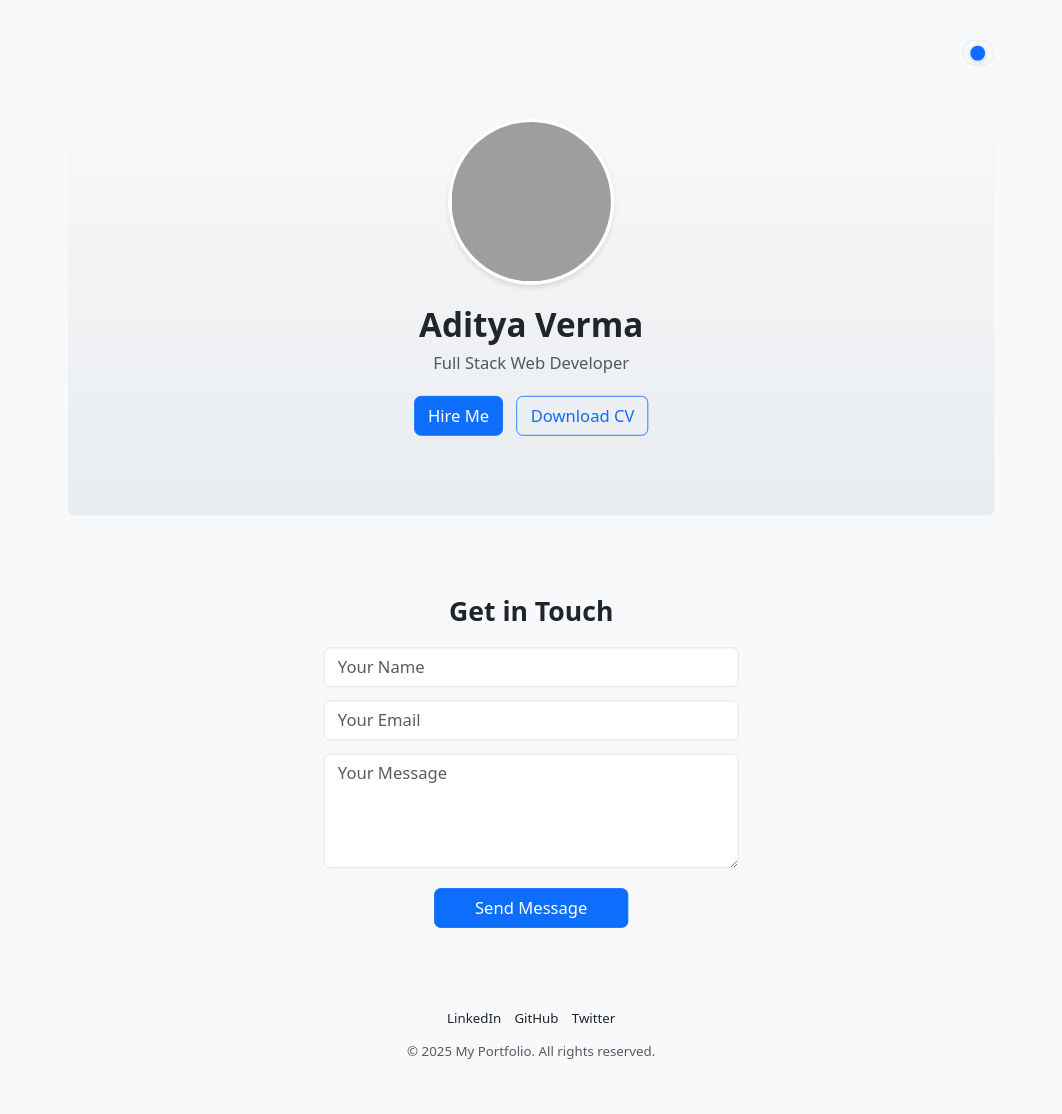
Repository: AdityaTech-Pro/FullStackWithBridgelabz
Page: Assignment10/Personal Portfolio Basics using Bootstrap Utilities/index.html
An editor plug-in stored every save of this project. The page is shown before and after the next save, followed by the edit.
The browser window is 1280 px wide. The pictures show the whole page, at 83% of full size.
Pictures or frames that could not be fetched are drawn as grey boxes.

Above is the page before, as saved 2025-11-10 11:12:23.

### Assignment10/Personal Portfolio Basics using Bootstrap Utilities/index.html
<!DOCTYPE html>
<html lang="en">

<head>
    <meta charset="UTF-8">
    <meta name="viewport" content="width=device-width, initial-scale=1.0">
    <title>My Portfolio - Bootstrap Utilities</title>
    <!-- Bootstrap CSS -->
    <link href="https://cdn.jsdelivr.net/npm/bootstrap@5.3.2/dist/css/bootstrap.min.css" rel="stylesheet">
    <!-- Google Font: Poppins -->
    <link href="https://fonts.googleapis.com/css2?family=Poppins:wght@300;400;600;700&display=swap" rel="stylesheet">
    <style>
        /* Custom styles to complement Bootstrap */

         :root {
            --bg: #f8f9fa;
            --card-bg: #ffffff;
            --muted: #6c757d;
            --accent: #0d6efd;
            --text: #212529;
        }

        body {
            background-color: var(--bg);
            color: var(--text);
            transition: background-color 0.3s ease, color 0.3s ease;
        }

        .profile-section {
            background: linear-gradient(to bottom, #f8f9fa, #e9ecef);
            transition: transform 0.3s ease, background 0.3s ease;
        }
        /* Top bar with theme toggle */

        .topbar {
            display: flex;
            justify-content: flex-end;
            align-items: center;
            gap: 1rem;
            margin-bottom: 1rem;
        }

        .theme-toggle {
            display: inline-flex;
            align-items: center;
            gap: 0.5rem;
            background: transparent;
            border: 1px solid rgba(0, 0, 0, 0.08);
            padding: 0.35rem 0.6rem;
            border-radius: 999px;
            cursor: pointer;
            color: var(--text);
            transition: background 0.2s, color 0.2s, transform 0.15s;
        }

        .theme-toggle:active {
            transform: translateY(1px);
        }

        .theme-toggle .dot {
            width: 18px;
            height: 18px;
            border-radius: 50%;
            background: var(--accent);
            box-shadow: 0 2px 6px rgba(13, 110, 253, 0.25);
        }

        .btn-custom {
            transition: transform 0.3s ease;
        }

        .btn-custom:hover {
            transform: translateY(-2px);
        }

        .form-control:focus {
            box-shadow: 0 0 0 0.25rem rgba(13, 110, 253, 0.2);
        }

        .profile-img {
            width: 200px;
            height: 200px;
            object-fit: cover;
            border: 4px solid white;
            box-shadow: 0 4px 6px rgba(0, 0, 0, 0.1);
            transition: transform 0.25s ease;
        }

        .profile-img:hover {
            transform: scale(1.03);
        }
        /* Dark theme overrides */

        body.dark-theme {
            --bg: #0f1724;
            --card-bg: #111827;
            --muted: #9ca3af;
            --accent: #60a5fa;
            --text: #e6eef8;
        }

        .dark-theme .profile-section {
            background: linear-gradient(180deg, rgba(255, 255, 255, 0.02), rgba(255, 255, 255, 0.01));
        }

        .dark-theme .bg-light {
            background-color: #0b1220 !important;
            color: var(--text) !important;
            border: 1px solid rgba(255, 255, 255, 0.04);
        }

        .dark-theme .text-muted {
            color: var(--muted) !important;
        }
        /* Small polish */

        .max-width-500 {
            max-width: 500px;
        }

        footer a {
            color: inherit;
        }

        @media (max-width: 768px) {
            .profile-img {
                width: 150px;
                height: 150px;
            }
            .topbar {
                justify-content: center;
            }
        }
    </style>
</head>

<body>
    <!-- Main Container -->
    <div class="container py-5">
        <!-- Top bar: theme toggle and quick actions -->
        <div class="topbar">
            <button id="themeToggle" class="theme-toggle" aria-pressed="false" aria-label="Toggle dark mode">
                <span class="dot" aria-hidden="true"></span>
                <span class="visually-hidden">Toggle theme</span>
            </button>
        </div>
        <!-- Profile Section -->
        <section class="profile-section p-5 rounded-3 text-center mb-5">
            <img src="https://avatars.githubusercontent.com/u/219658559?s=400&u=7e5a78b2bf82817b3f897e4e53b1019b24af58ee&v=4" alt="Profile Picture" class="profile-img img-fluid rounded-circle mb-4">

            <h1 class="fw-bold mb-2">Aditya Verma</h1>
            <p class="text-muted fs-5 mb-4">Full Stack Web Developer</p>

            <!-- Action Buttons -->
            <div class="d-flex justify-content-center gap-3 mb-5">
                <button class="btn btn-primary btn-lg btn-custom">
                    Hire Me
                </button>
                <button class="btn btn-outline-primary btn-lg btn-custom">
                    Download CV
                </button>
            </div>
        </section>

        <!-- Contact Form Section -->
        <section class="bg-light p-5 rounded-3">
            <h2 class="text-center fw-bold mb-4">Get in Touch</h2>

            <form class="max-width-500 mx-auto">
                <div class="mb-3">
                    <input type="text" class="form-control form-control-lg" placeholder="Your Name" required>
                </div>

                <div class="mb-3">
                    <input type="email" class="form-control form-control-lg" placeholder="Your Email" required>
                </div>

                <div class="mb-4">
                    <textarea class="form-control form-control-lg" rows="4" placeholder="Your Message" required></textarea>
                </div>

                <div class="text-center">
                    <button type="submit" class="btn btn-primary btn-lg px-5 btn-custom">
                        Send Message
                    </button>
                </div>
            </form>
        </section>

        <!-- Footer -->
        <footer class="text-center mt-5">
            <div class="d-flex justify-content-center gap-3">
                <a href="https://www.linkedin.com/in/aditya-verma-2a3915289/" class="text-decoration-none text-dark">LinkedIn</a>
                <a href="https://github.com/AdityaTech-Pro" class="text-decoration-none text-dark">GitHub</a>
                <a href="#" class="text-decoration-none text-dark">Twitter</a>
            </div>
            <p class="text-muted mt-3">&copy; 2025 My Portfolio. All rights reserved.</p>
        </footer>
    </div>

    <!-- Theme toggle script -->
    <script>
        (function() {
            const toggle = document.getElementById('themeToggle');
            const body = document.body;
            const saved = localStorage.getItem('theme');

            function applyTheme(theme) {
                if (theme === 'dark') {
                    body.classList.add('dark-theme');
                    toggle.setAttribute('aria-pressed', 'true');
                } else {
                    body.classList.remove('dark-theme');
                    toggle.setAttribute('aria-pressed', 'false');
                }
            }

            // initial theme: saved -> user preference -> light
            if (saved) {
                applyTheme(saved);
            } else if (window.matchMedia && window.matchMedia('(prefers-color-scheme: dark)').matches) {
                applyTheme('dark');
            }

            toggle.addEventListener('click', function() {
                const isDark = body.classList.toggle('dark-theme');
                localStorage.setItem('theme', isDark ? 'dark' : 'light');
                toggle.setAttribute('aria-pressed', String(isDark));
            });
        })();
    </script>

    <!-- Bootstrap JS -->
    <script src="https://cdn.jsdelivr.net/npm/bootstrap@5.3.2/dist/js/bootstrap.bundle.min.js"></script>
</body>

</html>

### Assignment10/Personal Portfolio Basics using Bootstrap Utilities/styles.css
/* Custom styles to enhance Bootstrap */

/* Body and general styles */
body {
    font-family: 'Poppins', 'Segoe UI', system-ui, -apple-system, sans-serif;
    background-color: #f8f9fa;
}

/* Container max-width for larger screens */
.container {
    max-width: 1140px;
}

/* Profile section styling */
.profile-section {
    background: linear-gradient(135deg, #f8f9fa 0%, #e9ecef 100%);
    border: 1px solid rgba(0, 0, 0, 0.1);
    transition: transform 0.3s ease;
}

.profile-section:hover {
    transform: translateY(-5px);
}

/* Profile image styling */
.profile-img {
    width: 200px;
    height: 200px;
    object-fit: cover;
    border: 4px solid white;
    box-shadow: 0 4px 15px rgba(0, 0, 0, 0.1);
    transition: transform 0.3s ease;
}

.profile-img:hover {
    transform: scale(1.05);
}

/* Button enhancements */
.btn-custom {
    transition: all 0.3s ease;
    position: relative;
    overflow: hidden;
}

.btn-custom:hover {
    transform: translateY(-2px);
    box-shadow: 0 5px 15px rgba(0, 0, 0, 0.1);
}

.btn-custom:active {
    transform: translateY(0);
}

/* Form styling */
.form-control {
    border: 2px solid #dee2e6;
    transition: all 0.3s ease;
}

.form-control:focus {
    border-color: #0d6efd;
    box-shadow: 0 0 0 0.25rem rgba(13, 110, 253, 0.2);
}

.form-control::placeholder {
    color: #adb5bd;
}

/* Social links styling */
.social-links a {
    transition: color 0.3s ease, transform 0.15s ease;
    color: #0d6efd;
    font-weight: 700;
}

.social-links a:hover {
    color: #0b5ed7 !important;
    transform: translateY(-1px);
}

/* Custom animations */
@keyframes fadeInUp {
    from {
        opacity: 0;
        transform: translateY(20px);
    }
    to {
        opacity: 1;
        transform: translateY(0);
    }
}

.profile-section, .contact-form {
    animation: fadeInUp 0.5s ease-out forwards;
}

/* Form success state */
.form-control:valid {
    border-color: #198754;
}

/* Custom section styling */
.custom-section {
    border-radius: 15px;
    overflow: hidden;
}

/* Typography enhancements */
h1 {
    letter-spacing: -0.5px;
}

.tagline {
    font-size: 1.25rem;
    color: #6c757d;
}

/* Responsive adjustments */
@media (max-width: 768px) {
    .profile-img {
        width: 150px;
        height: 150px;
    }

    .btn-custom {
        width: 100%;
        margin-bottom: 0.5rem;
    }

    .profile-section {
        padding: 2rem !important;
    }
}

/* Dark mode support */
@media (prefers-color-scheme: dark) {
    body {
        background-color: #212529;
        color: #f8f9fa;
    }

    .profile-section {
        background: linear-gradient(135deg, #343a40 0%, #212529 100%);
    }

    .form-control {
        background-color: #343a40;
        border-color: #495057;
        color: #f8f9fa;
    }

    .form-control::placeholder {
        color: #6c757d;
    }

    .bg-light {
        background-color: #343a40 !important;
    }

    .text-dark {
        color: #f8f9fa !important;
    }
}

/* When user toggles dark-theme via JS */
.dark-theme .social-links a {
    color: #93c5fd;
}

.dark-theme .social-links a:hover {
    color: #60a5fa !important;
}

/* Loading animation */
.page-loading {
    opacity: 0;
    animation: fadeIn 0.5s ease-out forwards;
}

@keyframes fadeIn {
    to {
        opacity: 1;
    }
}

/* Custom scrollbar */
::-webkit-scrollbar {
    width: 10px;
}

::-webkit-scrollbar-track {
    background: #f1f1f1;
}

::-webkit-scrollbar-thumb {
    background: #888;
    border-radius: 5px;
}

::-webkit-scrollbar-thumb:hover {
    background: #555;
}

After the next save:
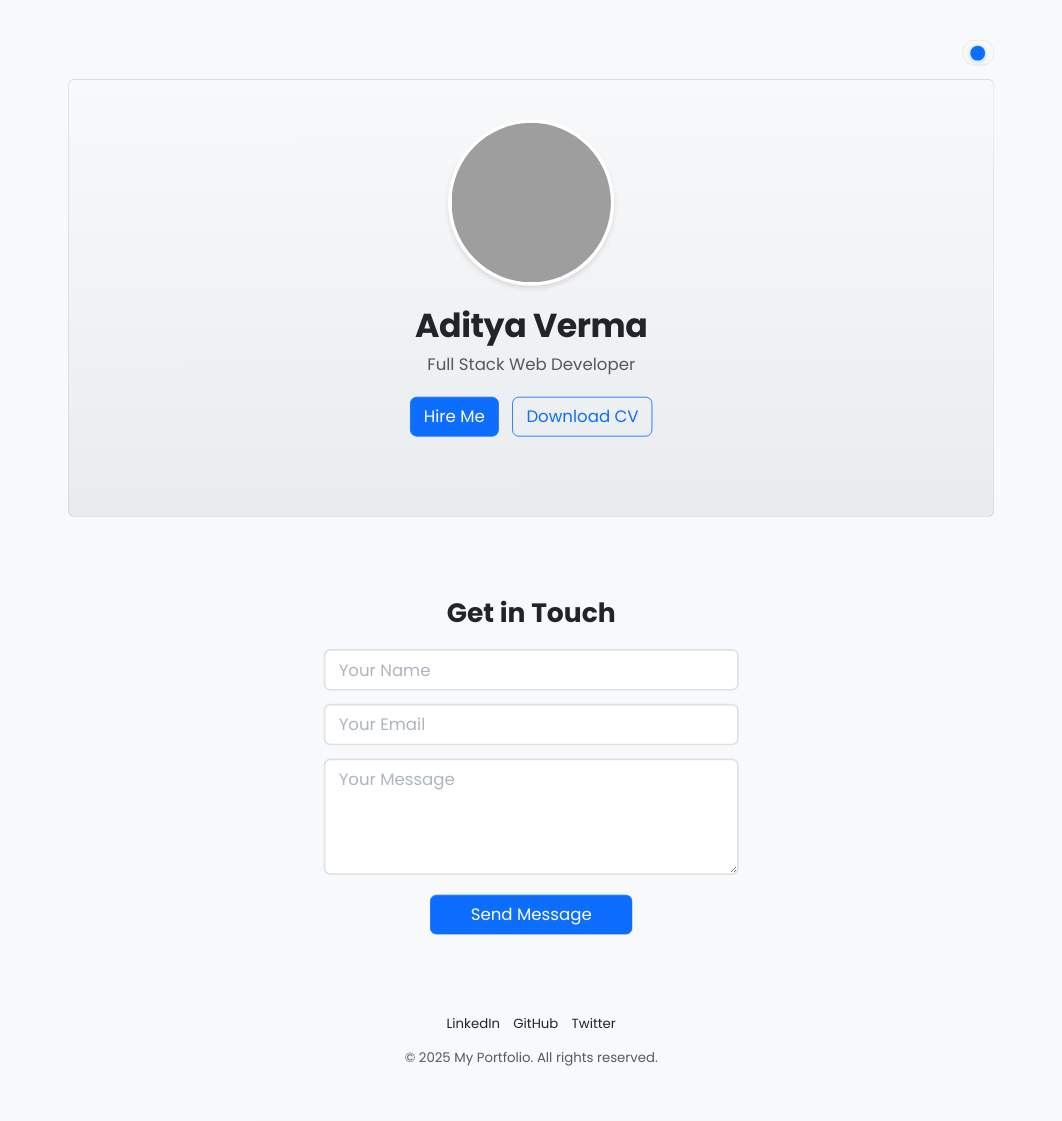
Saved 24 s later.
--- a/Assignment10/Personal Portfolio Basics using Bootstrap Utilities/index.html
+++ b/Assignment10/Personal Portfolio Basics using Bootstrap Utilities/index.html
@@ -9,6 +9,8 @@
     <link href="https://cdn.jsdelivr.net/npm/bootstrap@5.3.2/dist/css/bootstrap.min.css" rel="stylesheet">
     <!-- Google Font: Poppins -->
     <link href="https://fonts.googleapis.com/css2?family=Poppins:wght@300;400;600;700&display=swap" rel="stylesheet">
+    <!-- Local custom styles -->
+    <link rel="stylesheet" href="styles.css">
     <style>
         /* Custom styles to complement Bootstrap */
 
